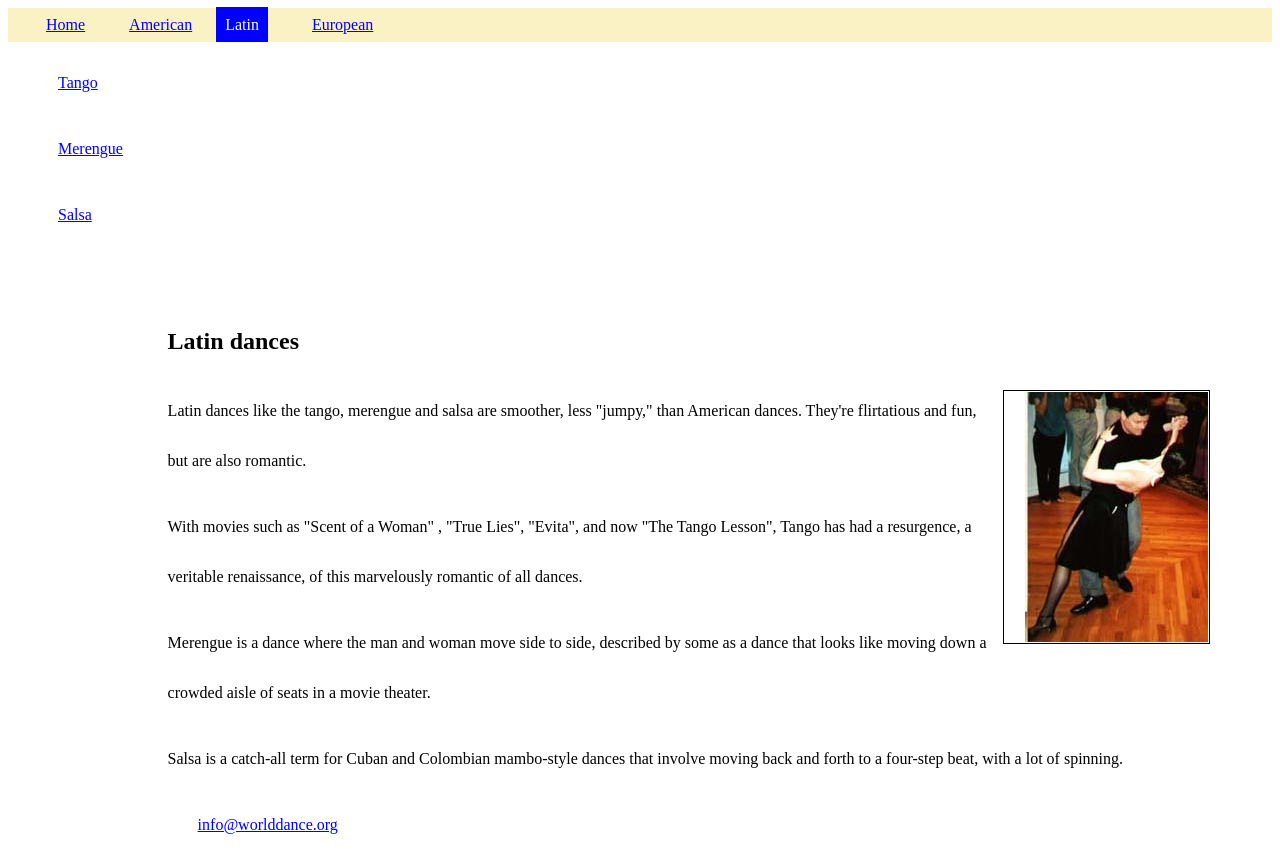
Repository: Helianthusss/Learn-CPP
Page: HTML/Lab-04/Dance/Latin.html
These files come from the project's save history. The page is drawn as it stood at one moment and after the next save; the edit follows.
The browser window is 1280 px wide. The pictures show the whole page.

Above is the page before, as saved 2021-10-16 19:40:19.

After the next save:
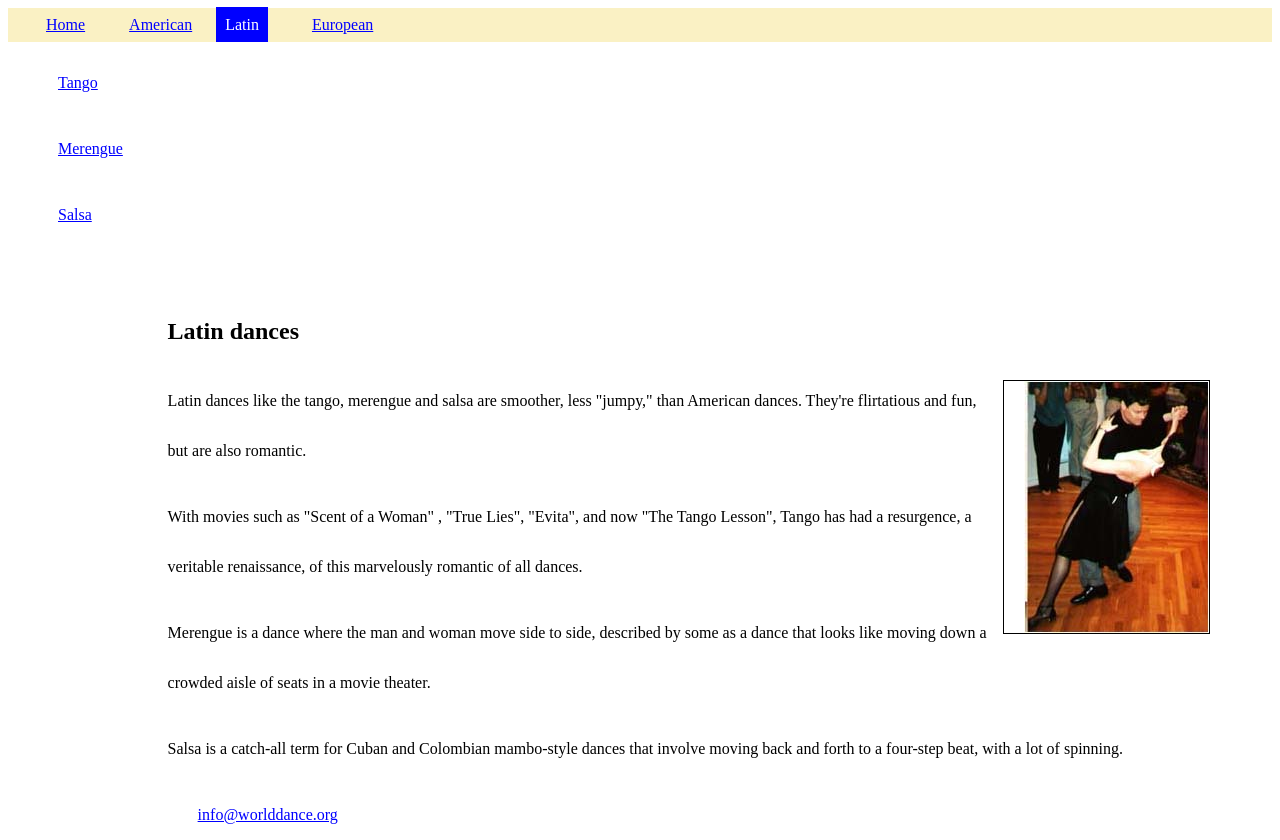
Saved 12 s later.
--- a/HTML/Lab-04/Dance/format.css
+++ b/HTML/Lab-04/Dance/format.css
@@ -32,5 +32,5 @@ h3 {
   padding-right: 50px;
   height: 350px;
   line-height: 30px;
-  padding-top: 10px;
+  padding-top: 0px;
 }
